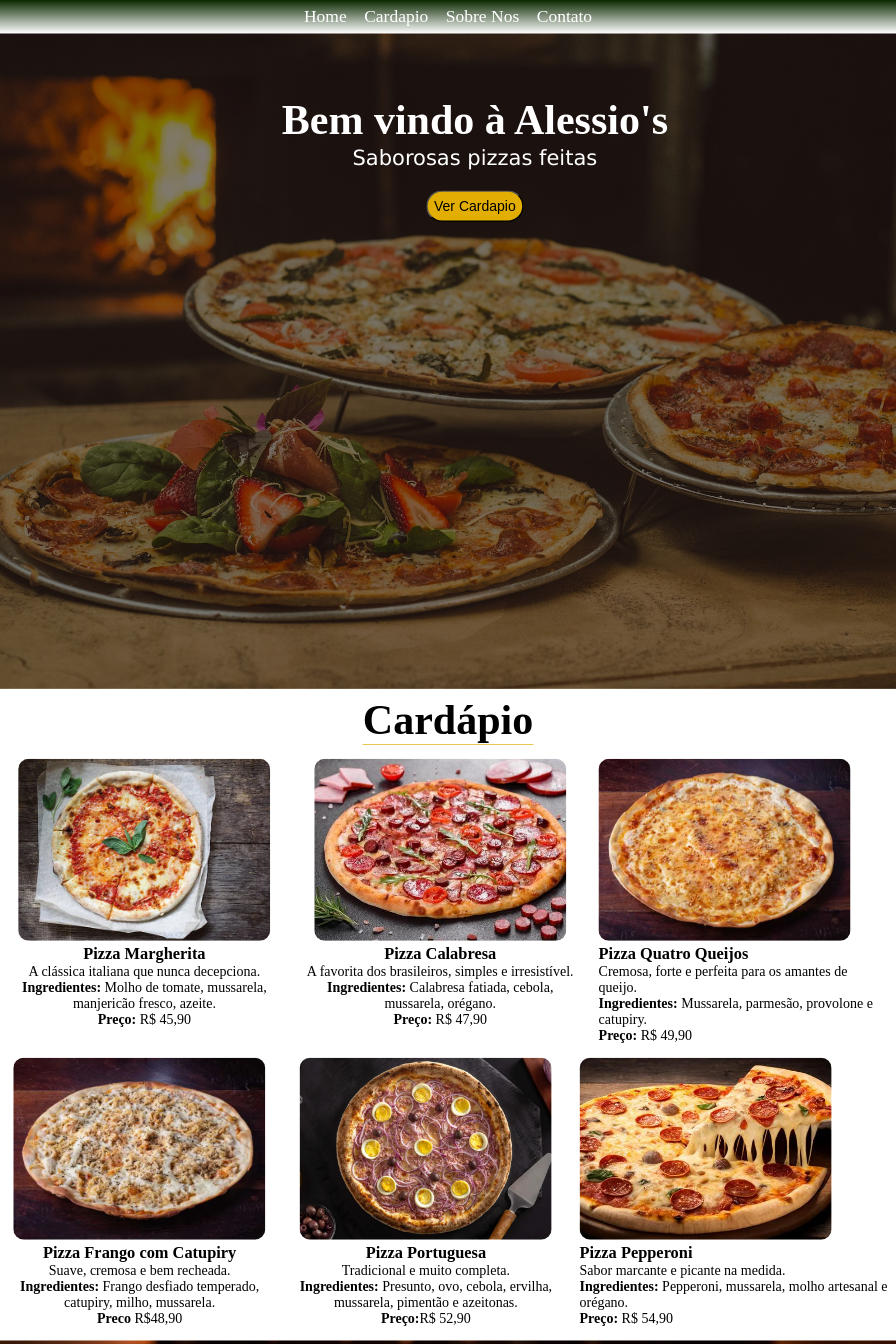
Repository: Mateushlp/landing-page-pizza
Page: index.html
The author's editor kept a copy of each file at every save. The page is drawn from the files as they stood at one save, then again after a run of saves.
The browser window is 1280 px wide. The pictures show the part of the page from y = 0 to 1920 px (the page is 2788 px tall), at 70% of full size.

Above is the page before, as saved 2026-05-03 10:42:01.

### index.html
<!DOCTYPE html>
<html lang="en">
<head>
    <meta charset="UTF-8">
    <meta name="viewport" content="width=device-width, initial-scale=1.0">
    <link rel="stylesheet" href="style.css">
    <title>Document</title>
</head>
<body>
    <header>
        <nav>
            <ul>
                <li> <a href="http://"> Home</li></a>
                <li> <a href="http://">Cardapio</li></a>
                <li> <a href="http://">Sobre Nos</li></a>
                <li> <a href="http://">Contato</li></a>
            </ul>
        </nav>
    </header>

    <section class="inicio">
        <div class="texto">
        <h1>Bem vindo à Alessio's</h1>
        <p>Saborosas pizzas feitas </p>
        <button class="btn1">Ver Cardapio</button>
        </div>
    </section>

    <section class="cardapio">
        <h2 class="cardapio1">Cardápio</h2>
    </section>

    <div class="prato">
        <div class="pratos1">
            <img src="./img/margherita-pizza.jpg" alt="">
            <h3>Pizza Margherita</h3>
            <p> A clássica italiana que nunca decepciona. <br>
          <strong>Ingredientes:</strong>  Molho de tomate, mussarela, manjericão fresco, azeite. <br>
        <strong>Preço:</strong> R$ 45,90
    </p>
        </div>
            <div class="pratos2">
                <img src="./img/3140217-pizza-calabresa.jpg" alt="">
                <h3>Pizza Calabresa</h3>
                <p>A favorita dos brasileiros, simples e irresistível. <br>
                <strong>Ingredientes:</strong> Calabresa fatiada, cebola, mussarela, orégano. <br>
                    <strong>Preço:</strong> R$ 47,90
            </p>
            </div>
                <div class="pratos3">
                    <img src="./img/Quatro-Queijos.jpg" alt="">
                    <h3>Pizza Quatro Queijos</h3>
                    <p>Cremosa, forte e perfeita para os amantes de queijo. <br>
                    <strong>Ingredientes:</strong>  Mussarela, parmesão, provolone e catupiry. <br>
                        <strong>Preço: </strong>R$ 49,90
                </p>
                </div>
                </div>

                <div class="prato2">
                <div class="pratos1">
                    <img src="./img/Frango-com-Catupiry-2.jpg" alt="">
                    <h3>Pizza Frango com Catupiry</h3>
                    <p>Suave, cremosa e bem recheada. <br>
                   <strong>Ingredientes:</strong> Frango desfiado temperado, catupiry, milho, mussarela. <br>
                   <strong>Preco </strong> R$48,90
                </p>
                </div>
                <div class="pratos2">
                    <img src="./img/pizza-portuguesa.jpg" alt="">
                    <h3>Pizza Portuguesa</h3>
                    <p>Tradicional e muito completa. <br>
                   <strong>Ingredientes:</strong>  Presunto, ovo, cebola, ervilha, mussarela, pimentão e azeitonas. <br>
                    <strong>Preço:</strong>R$ 52,90
                </p>
                </div>
                <div class="pratos3">
                    <img src="./img/the-pepperoni-pizza-and-a-piece-of-streched-cheese-pizza-with-ai-generated-free-photo.jpg" alt="">
                    <h3>Pizza Pepperoni</h3>
                    <p>Sabor marcante e picante na medida. <br>
                  <strong>Ingredientes:</strong>   Pepperoni, mussarela, molho artesanal e orégano. <br>
                <strong>Preço:</strong> R$ 54,90</p>

                </div>
                </div>
                </div>




    <section class="sobre">
        <div class="sobre1">
        <h2>Sobre nos</h2>
        <p>Nossa pizzaria e dedicada a criar as melhores pizzas do mundo com ingrendientes frescos e receitas exclusivas</p>
    </div>
    </section>

<section id="contato" class="contato">
    <h2>Contato</h2>

    <div class="contato-info">
        <div class="box">
            <h3>Telefone</h3>
            <p>(35) 99744-0140</p>
        </div>

        <div class="box">
            <h3>Endereço</h3>
            <p>Rua Tal Tal, Nº 123 , Centro , Lavras/MG</p>
        </div>

        <div class="box">
            <h3>Email</h3>
            <p>mateus@gmail.com</p>
        </div>
            <div class="box">
                <h3>Hórario de Funcionamento</h3>
                <p>Segunda a Sábado 11h00 às 23h00 - Domingo: 16h00 às 23H00</p>
            </div>
    </div>
</section>
        <div class="pedir">
        <button class="btn2">Peca Agora Mesmo!</button>
        </div>


    <footer>
        <h2>&copy; 2025 Alessio's Pizzaria</h2>
    </footer>

</body>
</html>

### style.css
*{
    margin:0;
    padding: 0;
    box-sizing: border-box;
}

nav ul {
    display: flex;
    gap: 25px;
    list-style: none;
    justify-content: center;
    font-size: 25px;
    padding: 10px;
     background: linear-gradient(to bottom, rgb(10, 40, 0), rgba(0,0,0,0));
}

nav ul a{
    text-decoration: none;
    color: #fff;
    margin-top: 10px;
}

nav ul a:hover{
    border-radius: 20px;
    background-color: black;
    color: #af8600;
}

.inicio{
     background:
        linear-gradient(rgba(0,0,0,0.5), rgba(0,0,0,0.5)),
        url(./img/background-meio.jpg);
    background-size: cover;
    background-position: center;
    height: 130vh;
}

.texto{
    display: flex;
    flex-direction: column;
    align-items: center;
    color: #fff;
    padding-top: 7%;
    padding-left: 6%;
    font-size: 40px;
}
.texto p{
    font-family: 'Lucida Sans', 'Lucida Sans Regular', 'Lucida Grande', 'Lucida Sans Unicode', Geneva, Verdana, sans-serif;
    font-size: 30px;

}
.btn1{
 background-color: #e2ae01;
 border-radius: 30px;
 font-size: 20px;
 margin-top: 30px;
 padding: 9px;
 cursor:pointer;
}
.cardapio{
    text-align: center;
    padding: 10px;
    font-size: 40px;
}
.cardapio1{
    display: inline-block;
    border-bottom: 1px solid #e2ae01;
}
.prato{
    margin: 10px;
    display: flex;
    gap: 30px;
    font-size: 20px;
    margin-bottom: 20px;
}

.prato2{
    margin: 10px;
    display: flex;
    gap: 30px;
    font-size: 20px;
    margin-bottom: 20px;
}


.prato img,
.prato2 img {
    width: 50vh;
    height: 260px;
    object-fit: cover;
    border-radius: 15px;
}
.pratos1,
.pratos2 {
    width: 35%;
    text-align: center;
}

.sobre{
    background-image: url(./img/background.jpg);
    background-size: cover;
    background-position: center;
    height: 50vh;
}
.sobre1{
    display: flex;
    align-items: center;
    padding-top: 40px;
    font-size: 30px;
    flex-direction: column;
    color: #fff;
}
.sobre1 p{
    font-size: 20px;
}

.contato {
    padding: 50px 0;
    text-align: center;
}

.contato-info {
    display: flex;
    justify-content: center;
    gap: 60px;
    margin-top: 20px;
    flex-wrap: wrap;
}

.contato-info .box {

    padding: 20px 30px;
    border-radius: 15px;

}

.contato-info h3 {
    font-size: 24px;
    color: #af8600;
}

.contato-info p {
    font-size: 18px;
    color: #000;
}

.pedir{
    display: flex;
    justify-content: center;
    align-items: center;
    text-align: center;
}
.btn2{
     background-color: #e2ae01;
 border-radius: 30px;
 font-size: 20px;
 margin-bottom: 20px;
 padding: 9px;
 cursor:pointer;

}
footer{
      background-color: #1a1a1a;
      color: #d4af37;
  text-align: center;
  padding: 20px;
  font-size: 14px;
}

After the next 6 saves:
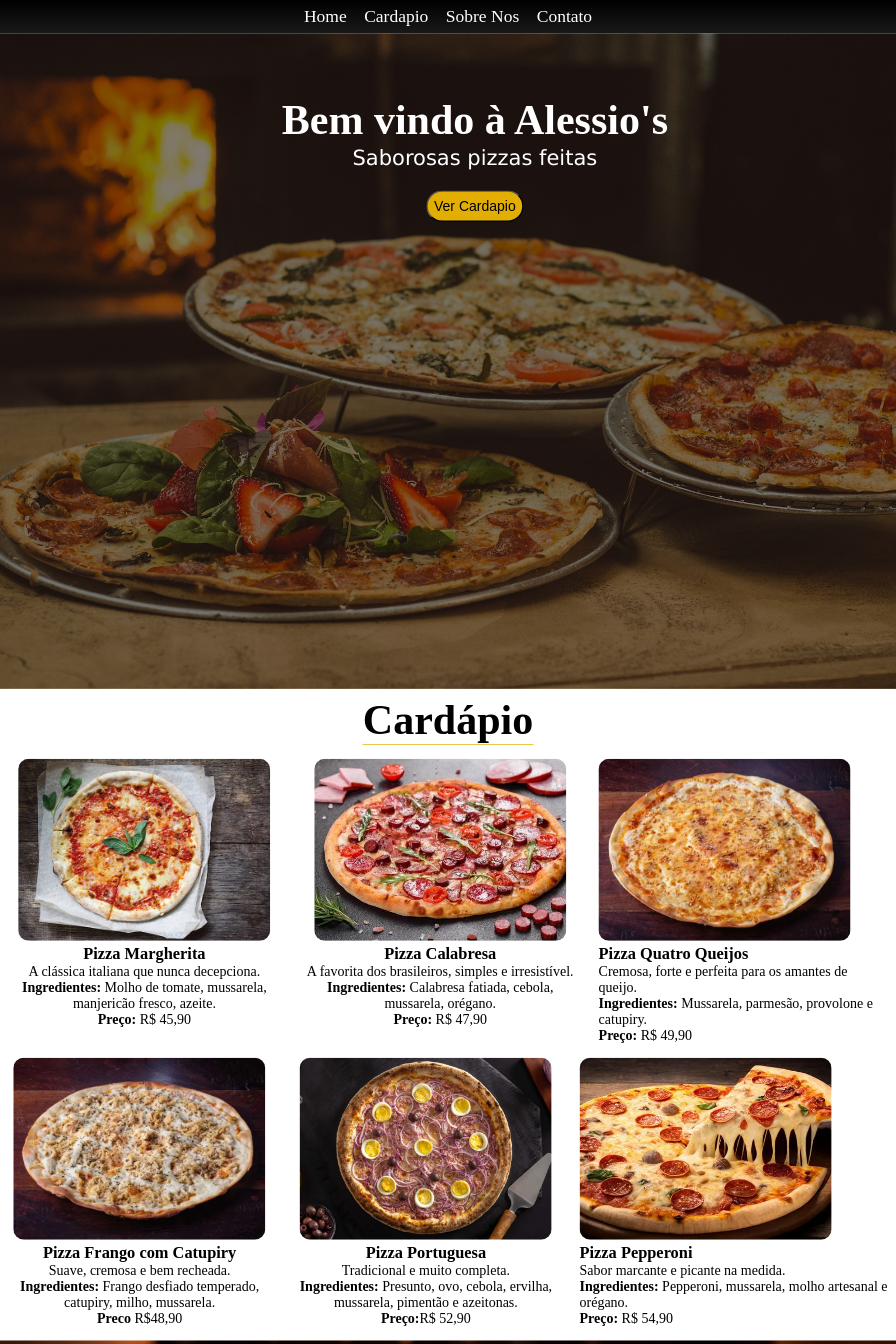
The 6 saves are shown as one change because they came seconds apart.
The last was saved 16 s later.
--- a/style.css
+++ b/style.css
@@ -11,7 +11,7 @@ nav ul {
     justify-content: center;
     font-size: 25px;
     padding: 10px;
-     background: linear-gradient(to bottom, rgb(10, 40, 0), rgba(0,0,0,0));
+     background: linear-gradient(to bottom, rgb(00, 0, 0), rgba(0,0,0,0.9));
 }
 
 nav ul a{
